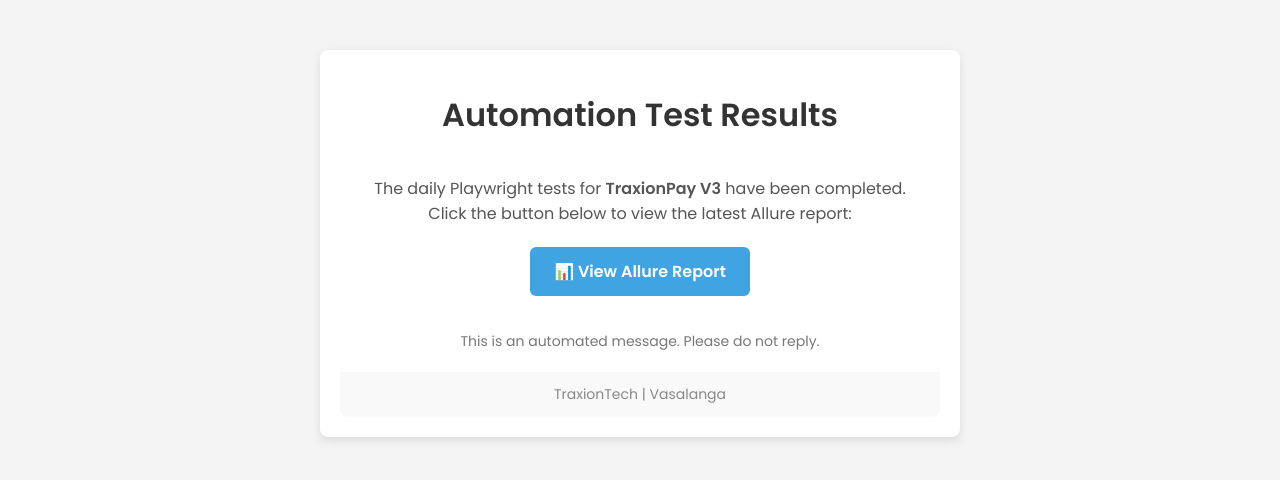
Repository: jmendozaqa24/TraxionPay-V3
Page: template.html
These files come from the project's save history. The page is drawn as it stood at one moment and after the next save; the edit follows.
The browser window is 1280 px wide. The pictures show the whole page.

Above is the page before, as saved 2025-02-18 09:45:34.

After the next save:
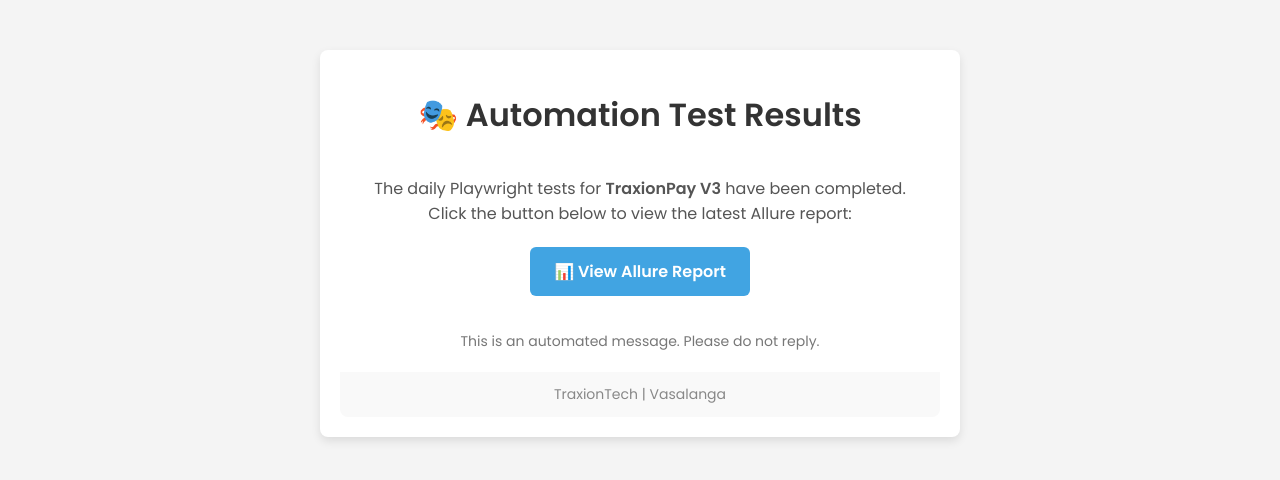
Saved 71 s later.
--- a/template.html
+++ b/template.html
@@ -10,7 +10,7 @@
     <div style="max-width: 600px; margin: 20px auto; background-color: #ffffff; padding: 20px; border-radius: 8px; box-shadow: 0 4px 10px rgba(0, 0, 0, 0.1);">
 
       <div style="text-align: center; display: flex; align-items: center; justify-content: center;">
-          <h1 style="color: #333333;  padding-bottom: 10px 0; display: flex; align-items: center; justify-content: center;">  Automation Test Results
+          <h1 style="color: #333333;  padding-bottom: 10px 0; display: flex; align-items: center; justify-content: center;"> 🎭 Automation Test Results
           </h1>
       </div>
 
